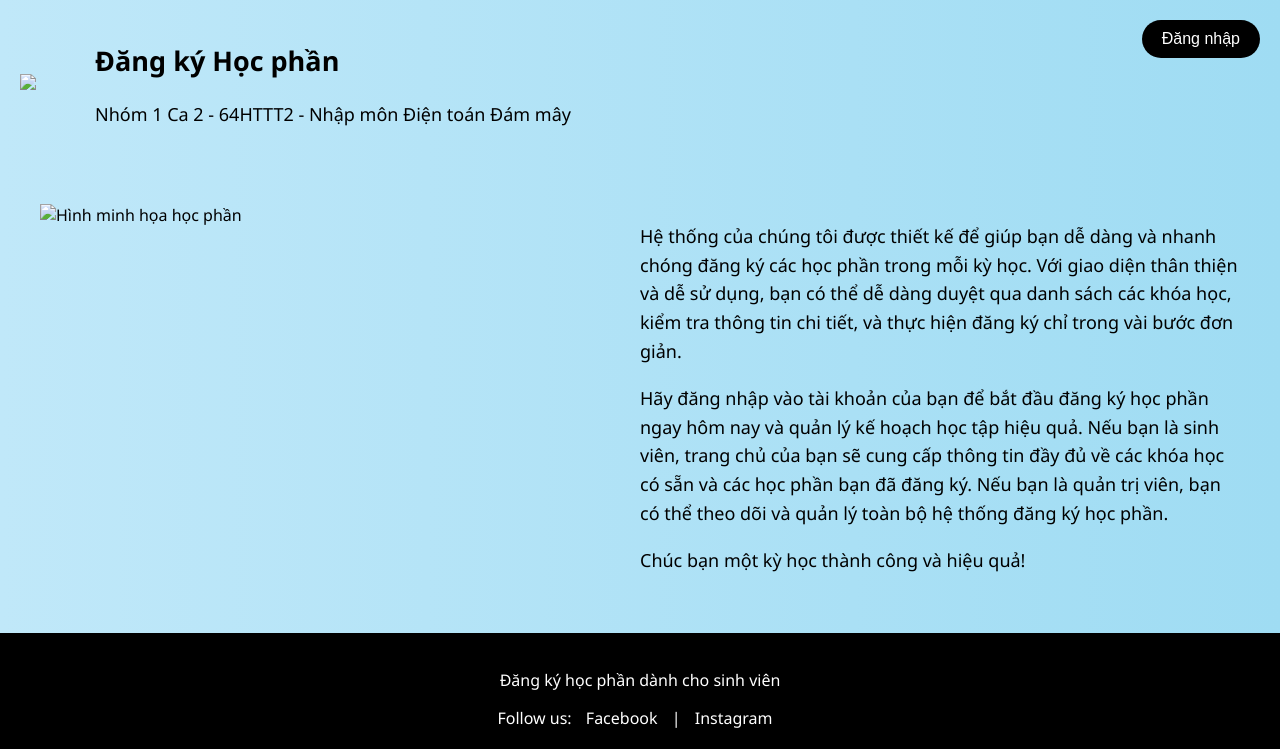
Repository: ntpa812/CloudComputing_64HTTT2_Nhom1Ca2
Page: resources/views/welcome.blade.php
The author's editor kept a copy of each file at every save. The page is drawn from the files as they stood at one save, then again after the next save.
The browser window is 1280 px wide. The pictures show the whole page.
The page is served by the project's Laravel application, run on PHP 8.4 with Laravel 12. Other server files are loaded and not shown. The template is opened directly, without the code that normally fills it, so the values that code supplies are empty.

Above is the page before, as saved 2025-04-18 19:28:26.

### routes/web.php
<?php

use App\Http\Controllers\ProfileController;
use App\Http\Controllers\Auth\LoginController;

use Illuminate\Support\Facades\Route;

Route::get('/', function () {
    if (!auth()->check()) {
        return redirect()->route('login');
    }

    if (auth()->user()->role === 'admin') {
        return redirect('https://creator.zoho.com/your_admin_page'); // thay bằng link Zoho thực tế
    }

    return view('student.home'); // Giao diện trang chủ sinh viên
});


Route::get('/login', [LoginController::class, 'showLoginForm'])->name('login');
Route::post('/login', [LoginController::class, 'login']);
Route::post('/logout', [LoginController::class, 'logout'])->name('logout');


Route::get('/dashboard', function () {
    return view('dashboard');
})->middleware(['auth', 'verified'])->name('dashboard');

Route::middleware('auth')->group(function () {
    Route::get('/profile', [ProfileController::class, 'edit'])->name('profile.edit');
    Route::patch('/profile', [ProfileController::class, 'update'])->name('profile.update');
    Route::delete('/profile', [ProfileController::class, 'destroy'])->name('profile.destroy');
});

require __DIR__.'/auth.php';

### resources/views/welcome.blade.php
<!DOCTYPE html>
<html lang="vi">

<head>
    <meta charset="UTF-8">
    <meta name="viewport" content="width=device-width, initial-scale=1">
    <title>Đăng ký Học phần</title>
    <style>
    body {
        margin: 0;
        font-family: 'Segoe UI', sans-serif;
        background: linear-gradient(to right, #c0e8f9, #9fdcf3);
        color: #000;
    }

    .header {
        display: flex;
        align-items: center;
        padding: 20px;
    }

    .logo {
        width: 60px;
        margin-right: 15px;
    }

    .title-section {
        font-size: 18px;
    }

    .main {
        display: flex;
        justify-content: space-between;
        padding: 40px;
        flex-wrap: wrap;
    }

    .main img {
        max-width: 500px;
        height: auto;
    }

    .content {
        max-width: 600px;
        font-size: 18px;
        line-height: 1.6;
    }

    .login-button {
        position: absolute;
        top: 20px;
        right: 20px;
        background: black;
        color: white;
        border: none;
        padding: 10px 20px;
        border-radius: 30px;
        font-size: 16px;
        cursor: pointer;
    }

    .footer {
        background-color: black;
        color: white;
        text-align: center;
        padding: 20px;
        font-size: 16px;
    }

    .footer a {
        color: white;
        margin: 0 10px;
        text-decoration: none;
    }

    .footer a:hover {
        text-decoration: underline;
    }

    @media (max-width: 768px) {
        .main {
            flex-direction: column;
            align-items: center;
        }
    }
    </style>
</head>

<body>

    <button class="login-button">Đăng nhập</button>

    <div class="header">
        <img src=alt="Logo" class="logo">
        <div class="title-section">
            <h2>Đăng ký Học phần</h2>
            <p>Nhóm 1 Ca 2 - 64HTTT2 - Nhập môn Điện toán Đám mây</p>
        </div>
    </div>

    <div class="main">
        <img src="6419e10c-8fb8-4b96-8828-50a7f013c2e1.png" alt="Hình minh họa học phần">
        <div class="content">
            <p>Hệ thống của chúng tôi được thiết kế để giúp bạn dễ dàng và nhanh chóng đăng ký các học phần trong mỗi kỳ
                học. Với giao diện thân thiện và dễ sử dụng, bạn có thể dễ dàng duyệt qua danh sách các khóa học, kiểm
                tra thông tin chi tiết, và thực hiện đăng ký chỉ trong vài bước đơn giản.</p>

            <p>Hãy đăng nhập vào tài khoản của bạn để bắt đầu đăng ký học phần ngay hôm nay và quản lý kế hoạch học tập
                hiệu quả. Nếu bạn là sinh viên, trang chủ của bạn sẽ cung cấp thông tin đầy đủ về các khóa học có sẵn và
                các học phần bạn đã đăng ký. Nếu bạn là quản trị viên, bạn có thể theo dõi và quản lý toàn bộ hệ thống
                đăng ký học phần.</p>

            <p>Chúc bạn một kỳ học thành công và hiệu quả!</p>
        </div>
    </div>

    <div class="footer">
        <p>Đăng ký học phần dành cho sinh viên</p>
        <div>
            Follow us:
            <a href="#">Facebook</a> |
            <a href="#">Instagram</a>
        </div>
    </div>

</body>

</html>

Loaded but not shown: routes/auth.php (common file); app/Http/Controllers/Auth/EmailVerificationPromptController.php (common file); app/Http/Controllers/Controller.php (common file); app/Http/Controllers/Auth/VerifyEmailController.php (common file)

After the next save:
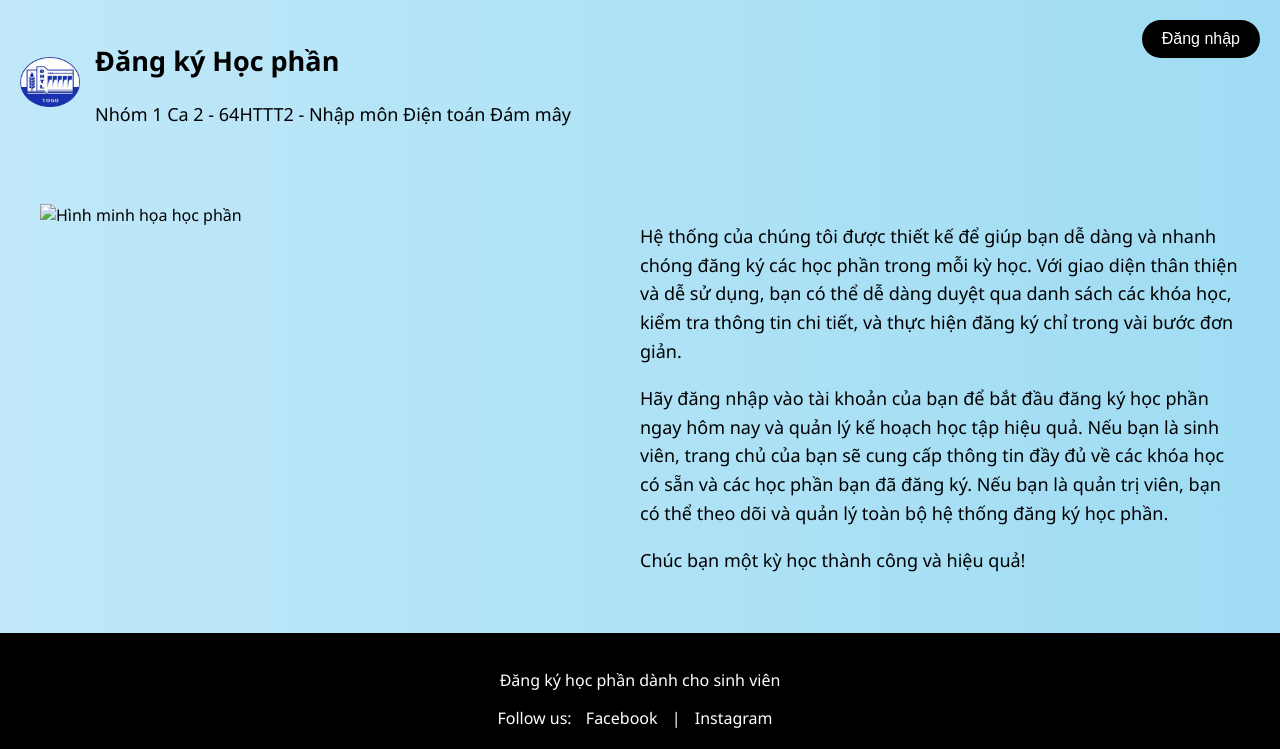
Saved 78 s later.
--- a/resources/views/welcome.blade.php
+++ b/resources/views/welcome.blade.php
@@ -91,7 +91,7 @@
     <button class="login-button">Đăng nhập</button>
 
     <div class="header">
-        <img src=alt="Logo" class="logo">
+        <img src='public\assets\images\logo-small.png' alt="Logo" class="logo">
         <div class="title-section">
             <h2>Đăng ký Học phần</h2>
             <p>Nhóm 1 Ca 2 - 64HTTT2 - Nhập môn Điện toán Đám mây</p>
